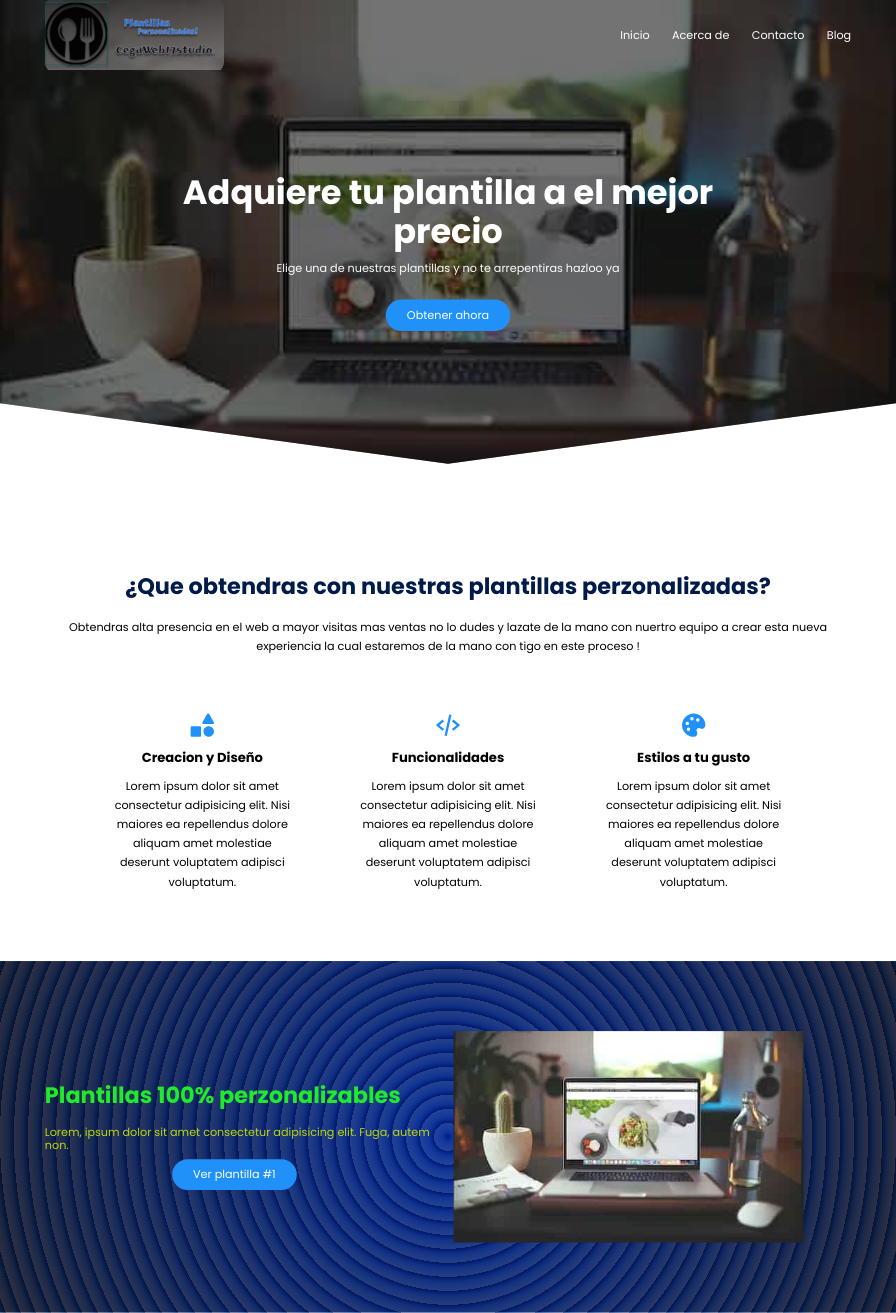
Repository: cega17/una-pagina-web
Page: index.html
An editor plug-in stored every save of this project. The page is shown before and after the next save, followed by the edit.
The browser window is 1280 px wide. The pictures show the whole page, at 70% of full size.
The pointer rests on the first visible `.cta__knowledge`.

Above is the page before, as saved 2023-10-30 10:13:44.

After the next save:
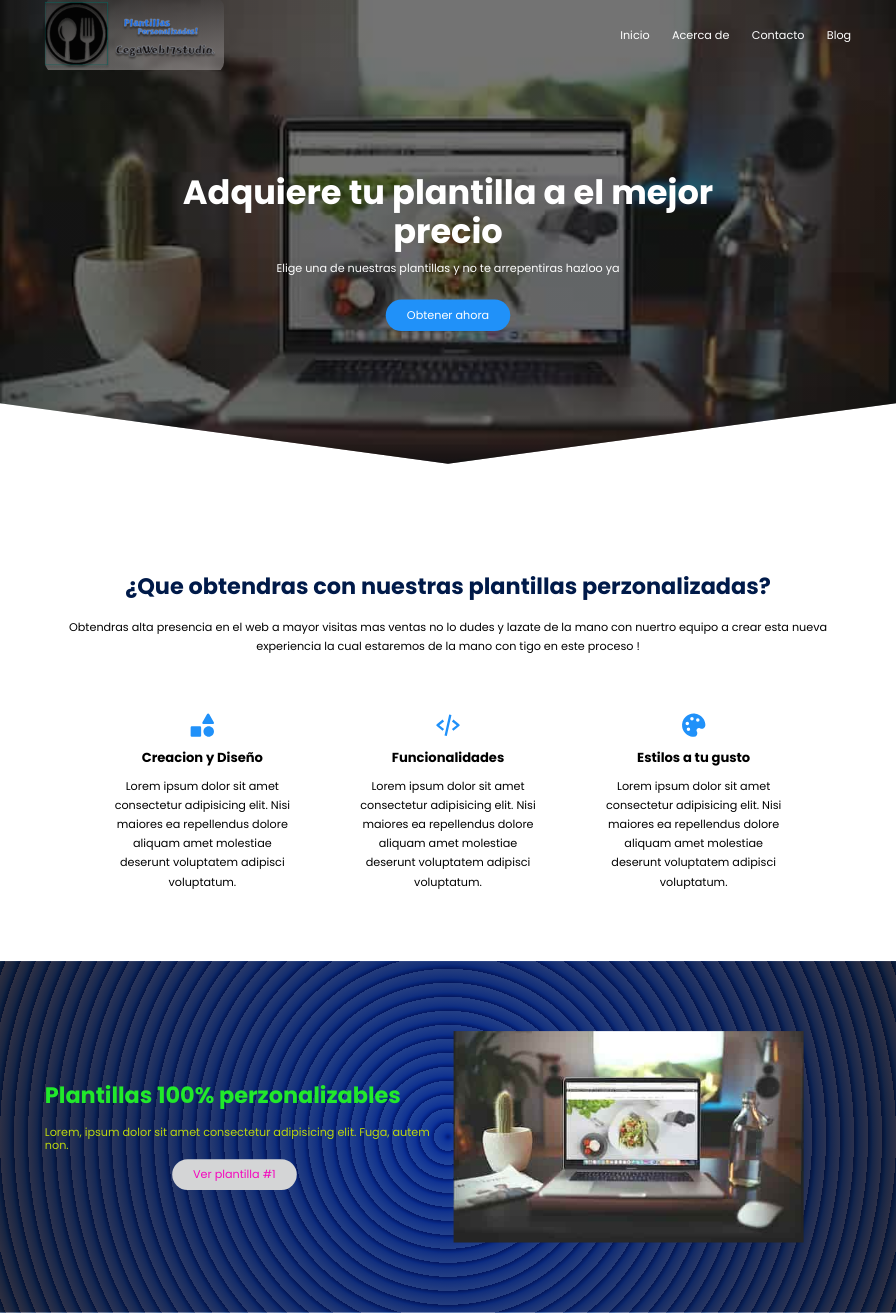
Saved 38 s later.
--- a/css/styles.css
+++ b/css/styles.css
@@ -210,3 +210,12 @@ body {
     margin-left: 32%;
 
 }
+.cta__knowledge:hover{
+    display: inline-block;
+    background-color: #d4d5d6;
+    justify-self: center;
+    color:#f406bd;
+    text-decoration: none;
+    padding:13px 30px ;
+    border-radius: 32px;
+}
